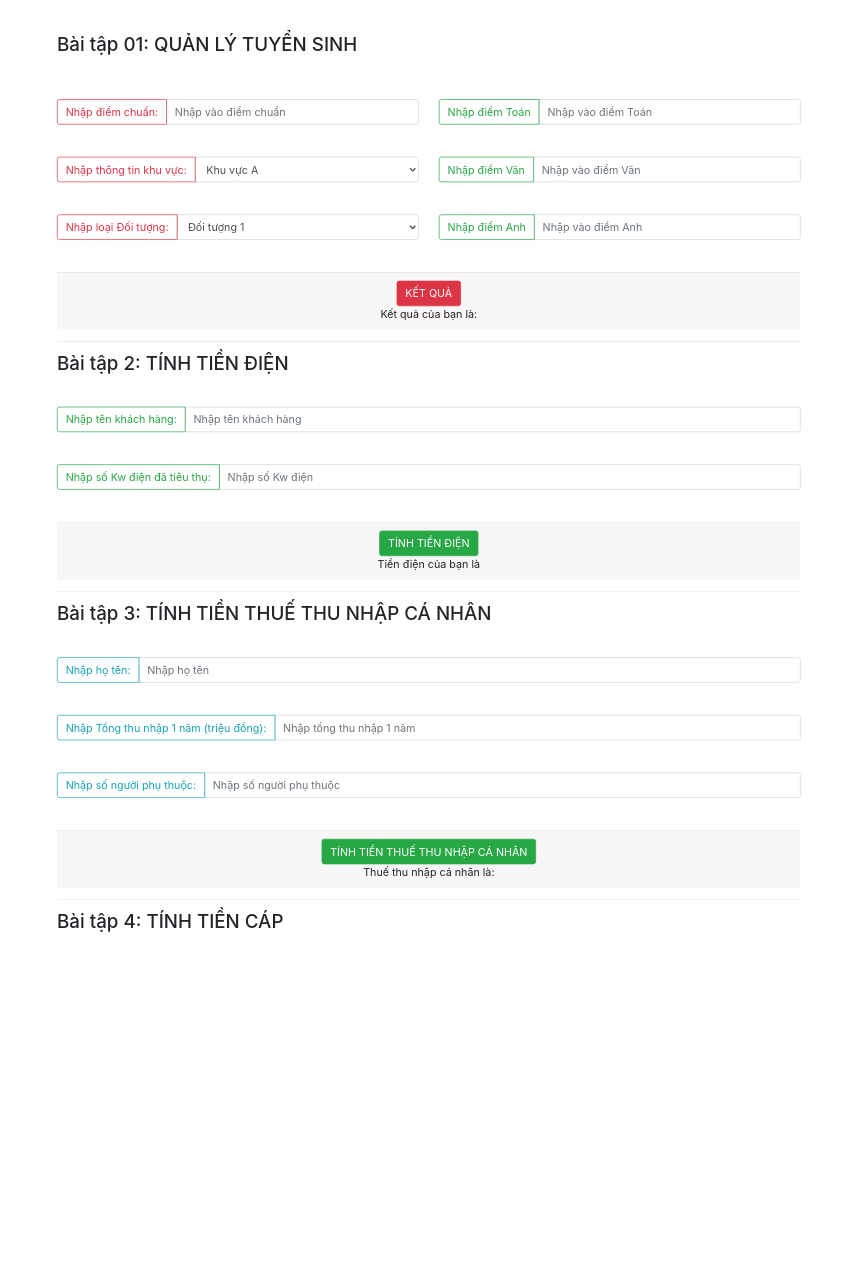
Repository: ducdatit2002/javascript-tinh-day15
Page: index.html
An editor plug-in stored every save of this project. The page is shown before and after the next save, followed by the edit.
The browser window is 1280 px wide. The pictures show the whole page, at 67% of full size.

Above is the page before, as saved 2023-08-20 21:35:11.

### index.html
<!DOCTYPE html>
<html lang="en">
  <head>
    <title>HOMEWORK BUỔI 15 - JAVASCRIPT</title>
    <!-- Required meta tags -->
    <meta charset="utf-8" />
    <meta
      name="viewport"
      content="width=device-width, initial-scale=1, shrink-to-fit=no"
    />

    <!-- Bootstrap CSS -->
    <link
      rel="stylesheet"
      href="https://stackpath.bootstrapcdn.com/bootstrap/4.3.1/css/bootstrap.min.css"
      integrity="sha384-ggOyR0iXCbMQv3Xipma34MD+dH/1fQ784/j6cY/iJTQUOhcWr7x9JvoRxT2MZw1T"
      crossorigin="anonymous"
    />
  </head>
  <body>
    <div class="container" style="margin-bottom: 500px; margin-top: 50px">
      <div class="baiTap1">
        <h3>Bài tập 01: QUẢN LÝ TUYỂN SINH</h3>
        <div class="row mt-3">
          <div class="col-6">
            <div class="input-group mt-5">
              <div class="input-group-prepend">
                <button class="btn btn-outline-danger">Nhập điểm chuẩn:</button>
              </div>
              <input
                type="number"
                class="form-control"
                id="diemChuan"
                placeholder="Nhập vào điểm chuẩn"
              />
            </div>
            <div class="input-group mt-5">
              <div class="input-group-prepend">
                <button class="btn btn-outline-danger">
                  Nhập thông tin khu vực:
                </button>
              </div>
              <select id="khuVuc" class="form-control">
                <option value="A">Khu vực A</option>
                <option value="B">Khu vực B</option>
                <option value="C">Khu vực C</option>
              </select>
            </div>
            <div class="input-group mt-5">
              <div class="input-group-prepend">
                <button class="btn btn-outline-danger">
                  Nhập loại Đối tượng:
                </button>
              </div>
              <select id="doiTuong" class="form-control">
                <option value="1">Đối tượng 1</option>
                <option value="2">Đối tượng 2</option>
                <option value="3">Đối tượng 3</option>
              </select>
            </div>
          </div>
          <div class="col-6">
            <div class="input-group mt-5">
              <div class="input-group-prepend">
                <button class="btn btn-outline-success">Nhập điểm Toán</button>
              </div>
              <input
                type="number"
                class="form-control"
                id="diemToan"
                placeholder="Nhập vào điểm Toán"
              />
            </div>
            <div class="input-group mt-5">
              <div class="input-group-prepend">
                <button class="btn btn-outline-success">Nhập điểm Văn</button>
              </div>
              <input
                type="number"
                class="form-control"
                id="diemVan"
                placeholder="Nhập vào điểm Văn"
              />
            </div>
            <div class="input-group mt-5">
              <div class="input-group-prepend">
                <button class="btn btn-outline-success">Nhập điểm Anh</button>
              </div>
              <input
                type="number"
                class="form-control"
                id="diemAnh"
                placeholder="Nhập vào điểm Anh"
              />
            </div>
          </div>
        </div>
        <div class="card-footer text-center mt-5">
          <button id="btnKetQua" class="btn btn-danger">KẾT QUẢ</button>
          <br />
          <span id="ketQua" class="mt-2 display-5">Kết quả của bạn là: </span>
        </div>
      </div>
      <hr />
      <div class="baiTap2">
        <h3>Bài tập 2: TÍNH TIỀN ĐIỆN</h3>
        <div class="input-group mt-5">
          <div class="input-group-prepend">
            <button class="btn btn-outline-success">
              Nhập tên khách hàng:
            </button>
          </div>
          <input
            type="text"
            class="form-control"
            id="tenKhachHang"
            placeholder="Nhập tên khách hàng"/>
        </div>
        <div class="input-group mt-5">
          <div class="input-group-prepend">
            <button class="btn btn-outline-success">
              Nhập số Kw điện đã tiêu thụ:
            </button>
          </div>
          <input
            type="number"
            class="form-control"
            id="SoKwTieuThu"
            placeholder="Nhập số Kw điện"/>
        </div>
        <div class="card-footer text-center mt-5">
          <button id="btnTinhTienDien" class="btn btn-success">TÍNH TIỀN ĐIỆN</button>
          <br />
          <span id="TienDien" class="mt-2 display-5">Tiền điện của bạn là </span>
        </div>
      </div>
      <hr>
      <div class="baiTap3">
        <h3>Bài tập 3: TÍNH TIỀN THUẾ THU NHẬP CÁ NHÂN</h3>
        <div class="input-group mt-5">
          <div class="input-group-prepend">
            <button class="btn btn-outline-info">
              Nhập họ tên:
            </button>
          </div>
          <input
            type="text"
            class="form-control"
            id="hoTen"
            placeholder="Nhập họ tên"/>
        </div>
        <div class="input-group mt-5">
          <div class="input-group-prepend">
            <button class="btn btn-outline-info">
              Nhập Tổng thu nhập 1 năm (triệu đồng):
            </button>
          </div>
          <input
            type="number"
            class="form-control"
            id="tongThuNhapNam"
            placeholder="Nhập tổng thu nhập 1 năm"/>
        </div>
        <div class="input-group mt-5">
          <div class="input-group-prepend">
            <button class="btn btn-outline-info">
              Nhập số người phụ thuộc:
            </button>
          </div>
          <input
            type="number"
            class="form-control"
            id="soNguoiPhuThuoc"
            placeholder="Nhập số người phụ thuộc"/>
        </div>
        <div class="card-footer text-center mt-5">
          <button id="btnTinhTienThue" class="btn btn-success">TÍNH TIỀN THUẾ THU NHẬP CÁ NHÂN</button>
          <br />
          <span id="TienThue" class="mt-2 display-5">Thuế thu nhập cá nhân là: </span>
        </div>
      </div>
      <hr>
      <div class="baiTap4">
        <h3>Bài tập 4: TÍNH TIỀN CÁP</h3>

      </div>
    </div>
    <!-- Optional JavaScript -->
    <!-- jQuery first, then Popper.js, then Bootstrap JS -->
    <script
      src="https://code.jquery.com/jquery-3.3.1.slim.min.js"
      integrity="sha384-q8i/X+965DzO0rT7abK41JStQIAqVgRVzpbzo5smXKp4YfRvH+8abtTE1Pi6jizo"
      crossorigin="anonymous"
    ></script>
    <script
      src="https://cdnjs.cloudflare.com/ajax/libs/popper.js/1.14.7/umd/popper.min.js"
      integrity="sha384-UO2eT0CpHqdSJQ6hJty5KVphtPhzWj9WO1clHTMGa3JDZwrnQq4sF86dIHNDz0W1"
      crossorigin="anonymous"
    ></script>
    <script
      src="https://stackpath.bootstrapcdn.com/bootstrap/4.3.1/js/bootstrap.min.js"
      integrity="sha384-JjSmVgyd0p3pXB1rRibZUAYoIIy6OrQ6VrjIEaFf/nJGzIxFDsf4x0xIM+B07jRM"
      crossorigin="anonymous"
    ></script>
    <script src="./index.js"></script>
  </body>
</html>

### index.js
// Bài tập 1: QUẢN LÝ TUYỂN SINH
document.getElementById("btnKetQua").onclick = function () {
  // Input: điểm Toán, điểm Lý, điểm Hoá, điểm chuẩn, khu vực, đối tượng
  // Lưu ý: Dữ liệu người dùng nhập mặc định là chuỗi
  var diemChuan = parseFloat(document.getElementById("diemChuan").value);
  var diemToan = parseFloat(document.getElementById("diemToan").value);
  var diemVan = parseFloat(document.getElementById("diemVan").value);
  var diemAnh = parseFloat(document.getElementById("diemAnh").value);
  var khuVuc = document.getElementById("khuVuc").value;
  var doiTuong = parseInt(document.getElementById("doiTuong").value);

  var diemUuTien = 0;

  // Tính điểm ưu tiên khu vực
  switch (khuVuc) {
    case "A":
      diemUuTien += 2;
      break;
    case "B":
      diemUuTien += 1;
      break;
    case "C":
      diemUuTien += 0.5;
      break;
  }

  // Tính điểm ưu tiên đối tượng
  switch (doiTuong) {
    case 1:
      diemUuTien += 2.5;
      break;
    case 2:
      diemUuTien += 1.5;
      break;
    case 3:
      diemUuTien += 1;
      break;
  }

  // Tính điểm tổng kết
  var diemTongKet = diemToan + diemVan + diemAnh + diemUuTien;

  var ketQuaText = "";
  if (
    diemTongKet >= diemChuan &&
    diemToan !== 0 &&
    diemVan !== 0 &&
    diemAnh !== 0
  ) {
    ketQuaText = "Thí sinh trúng tuyển với số điểm đạt được: " + diemTongKet;
  } else {
    ketQuaText =
      "Thí sinh không trúng tuyển với số điểm đạt được: " + diemTongKet;
  }

  document.getElementById("ketQua").innerText = ketQuaText;
};

//BÀI TẬP 2: TÍNH TIỀN ĐIỆN
document.getElementById("btnTinhTienDien").onclick = function () {
  var tenKhachHang = document.getElementById("tenKhachHang").value;
  var soKwTieuThu = parseFloat(document.getElementById("SoKwTieuThu").value);

  var giaDien = 0;
  if (soKwTieuThu <= 50) {
    giaDien = soKwTieuThu * 500;
  } else if (soKwTieuThu <= 100) {
    giaDien = 50 * 500 + (soKwTieuThu - 50) * 650;
  } else if (soKwTieuThu <= 150) {
    giaDien = 50 * 500 + 50 * 650 + (soKwTieuThu - 100) * 850;
  } else {
    giaDien = 50 * 500 + 50 * 650 + 50 * 850 + (soKwTieuThu - 150) * 1100;
  }

  var tienDienHTML =
    "Tiền điện của khách hàng " + tenKhachHang + " là: " + giaDien + " đồng.";

  document.getElementById("TienDien").textContent = tienDienHTML;
};

//BÀI TẬP 3: TÍNH TIỀN THUẾ THU NHẬP CÁ NHÂN
document.getElementById("btnTinhTienThue").onclick = function () {
  var hoTen = document.getElementById("hoTen").value;
  var tongThuNhapNam = parseFloat(
    document.getElementById("tongThuNhapNam").value
  );
  var soNguoiPhuThuoc = parseInt(
    document.getElementById("soNguoiPhuThuoc").value
  );

  var thuNhapChiuThue = tongThuNhapNam - 4 - soNguoiPhuThuoc * 1.6;

  var thueSuat = 0;
  var tienThue = 0;

  if (thuNhapChiuThue <= 60) {
    thueSuat = 5;
  } else if (thuNhapChiuThue <= 120) {
    thueSuat = 10;
  } else if (thuNhapChiuThue <= 210) {
    thueSuat = 15;
  } else if (thuNhapChiuThue <= 384) {
    thueSuat = 20;
  } else if (thuNhapChiuThue <= 624) {
    thueSuat = 25;
  } else {
    thueSuat = 30;
  }

  tienThue = (thuNhapChiuThue * thueSuat) / 100;

  var ketQuaHTML =
    "Thuế thu nhập cá nhân của " +
    hoTen +
    " là: " +
    tienThue.toFixed(2) +
    " triệu đồng.";
  document.getElementById("TienThue").innerHTML = ketQuaHTML;
};
//BÀI TẬP 4: TÍNH TIỀN CÁP

After the next save:
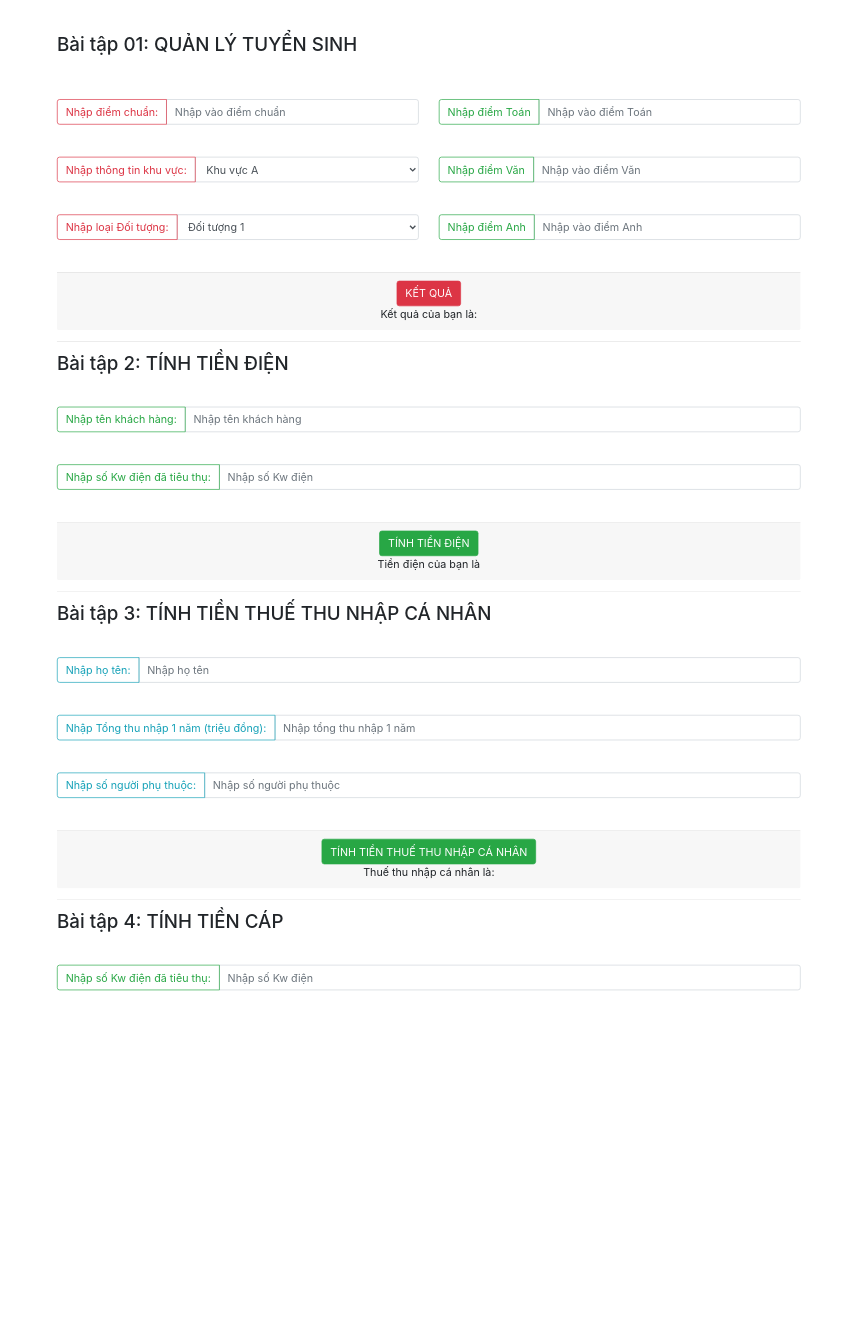
Saved 8 s later.
--- a/index.html
+++ b/index.html
@@ -182,7 +182,18 @@
       <hr>
       <div class="baiTap4">
         <h3>Bài tập 4: TÍNH TIỀN CÁP</h3>
-
+        <div class="input-group mt-5">
+          <div class="input-group-prepend">
+            <button class="btn btn-outline-success">
+              Nhập số Kw điện đã tiêu thụ:
+            </button>
+          </div>
+          <input
+            type="number"
+            class="form-control"
+            id="SoKwTieuThu"
+            placeholder="Nhập số Kw điện"/>
+        </div>
       </div>
     </div>
     <!-- Optional JavaScript -->
